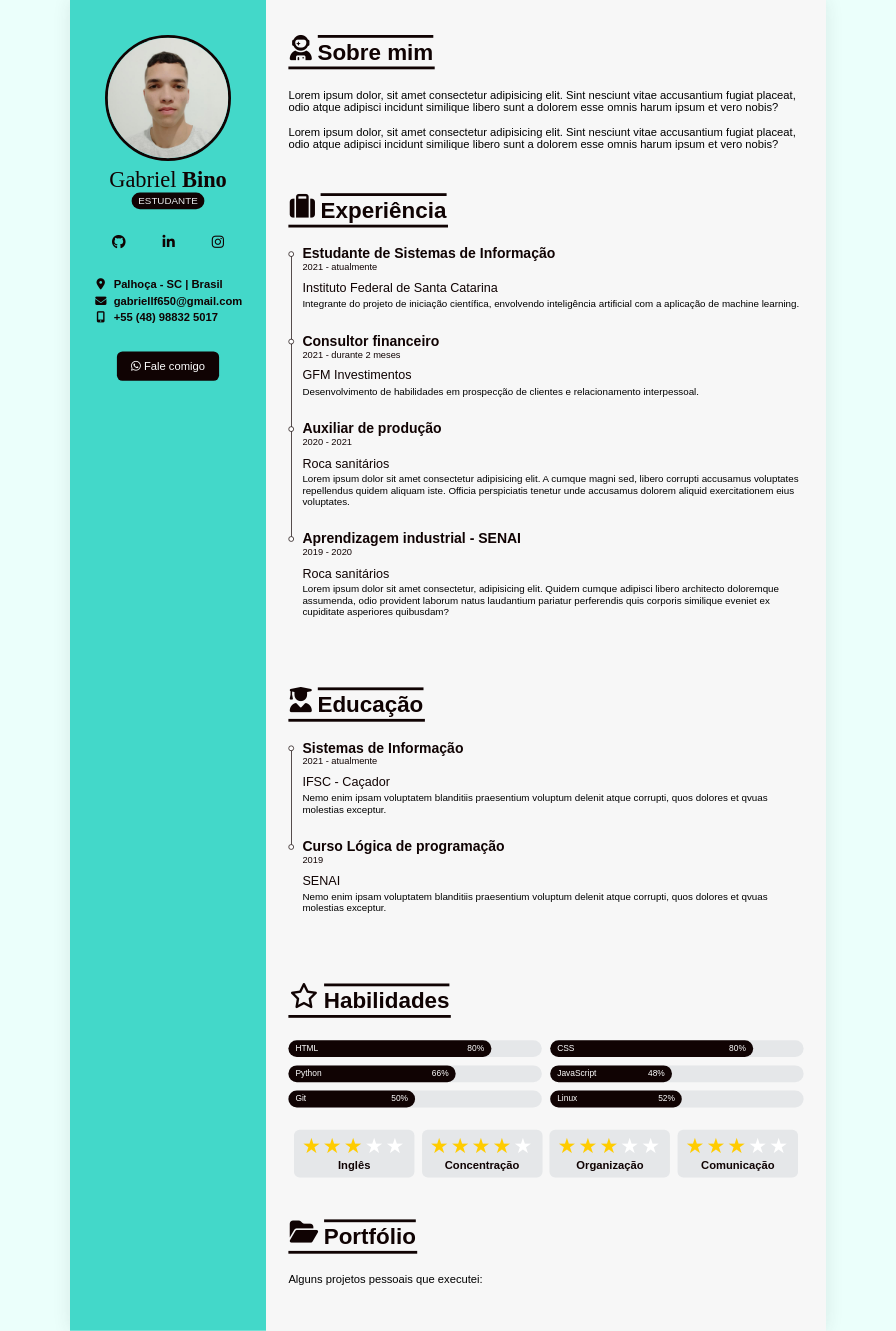
Repository: gabrielbino/projects-dio
Page: curriculoResponsivo/index.html
An editor plug-in stored every save of this project. The page is shown before and after the next save, followed by the edit.
The browser window is 1280 px wide. The pictures show the whole page, at 70% of full size.
Some web libraries are served in a nearby version.

Above is the page before, as saved 2021-10-19 11:56:40.

### curriculoResponsivo/index.html
<!DOCTYPE html>
<html lang="pt-br">
  <head>
    <meta charset="UTF-8" />
    <link
      rel="stylesheet"
      href="https://cdnjs.cloudflare.com/ajax/libs/normalize/8.0.1/normalize.min.css"
      integrity="sha512-NhSC1YmyruXifcj/KFRWoC561YpHpc5Jtzgvbuzx5VozKpWvQ+4nXhPdFgmx8xqexRcpAglTj9sIBWINXa8x5w=="
      crossorigin="anonymous"
      referrerpolicy="no-referrer"
    />

    <script
      src="https://kit.fontawesome.com/e258bd240c.js"
      crossorigin="anonymous"
    ></script>

    <link rel="stylesheet" href="./css/style.css" />

    <link rel="shortcut icon" href="img/img.ico" />

    <title>CV do Gabriel</title>
  </head>
  <body>
    <main>
      <aside>
        <div class="sidebar">
          <img
            class="profile-picture"
            src="./img/option_profile.jpeg"
            alt="Gabriel Bino"
          />
          <h1 class="title-name"><span>Gabriel</span> Bino</h1>
          <h3 class="subtitle-role">Estudante</h3>
          <div class="social-links">
            <a href="https://github.com/gabrielbino" target="_blank">
              <i class="fab fa-github"></i>
            </a>
            <a
              href="https://www.linkedin.com/in/gabriel-fernandes-bino-456499195/"
              target="_blank"
            >
              <i class="fab fa-linkedin-in"></i>
            </a>
            <!-- <a href="https://twitter.com/theleoad" target="_blank">
              <i class="fab fa-twitter"></i>
            </a> -->
            <a href="https://www.instagram.com/gabrielfbino/" target="_blank">
              <i class="fab fa-instagram"></i>
            </a>
          </div>
          <ul class="personal-data">
            <li>
              <i class="fas fa-map-marker-alt"></i>
              <span>Palhoça - SC | Brasil</span>
            </li>
            <li>
              <i class="fas fa-envelope"></i>
              <a href="mailto:galbriellf650@gmail.com"
                >gabriellf650@gmail.com</a
              >
            </li>
            <li>
              <i class="fas fa-mobile-alt"></i>
              <a href="tel:+5548988325017">+55 (48) 98832 5017</a>
            </li>
          </ul>
          <a
            class="download-button"
            href="https://wa.me/+5548988325017"
            target="_blank"
          >
            <i class="fab fa-whatsapp"></i>
            <span>Fale comigo</span>
          </a>
        </div>
      </aside>
      <section>
        <article>
          <div class="article-title-wrapper">
            <i class="fas fa-user-astronaut"></i>
            <h2 class="article-title">Sobre mim</h2>
          </div>
          <p>
            Lorem ipsum dolor, sit amet consectetur adipisicing elit. Sint
            nesciunt vitae accusantium fugiat placeat, odio atque adipisci
            incidunt similique libero sunt a dolorem esse omnis harum ipsum et
            vero nobis?
          </p>
          <p>
            Lorem ipsum dolor, sit amet consectetur adipisicing elit. Sint
            nesciunt vitae accusantium fugiat placeat, odio atque adipisci
            incidunt similique libero sunt a dolorem esse omnis harum ipsum et
            vero nobis?
          </p>
        </article>
        <article>
          <div class="article-title-wrapper">
            <i class="fas fa-suitcase"></i>
            <h2 class="article-title">Experiência</h2>
          </div>
          <ul class="timeline">
            <li>
              <h4 class="timeline-title">
                Estudante de Sistemas de Informação
              </h4>
              <h5 class="timeline-time">2021 - atualmente</h5>
              <h6 class="timeline-place">
                Instituto Federal de Santa Catarina
              </h6>
              <p class="timeline-text">
                Integrante do projeto de iniciação científica, envolvendo
                inteligência artificial com a aplicação de machine learning.
              </p>
            </li>
            <li>
              <h4 class="timeline-title">Consultor financeiro</h4>
              <h5 class="timeline-time">2021 - durante 2 meses</h5>
              <h6 class="timeline-place">GFM Investimentos</h6>
              <p class="timeline-text">
                Desenvolvimento de habilidades em prospecção de clientes e
                relacionamento interpessoal.
              </p>
            </li>
            <li>
              <h4 class="timeline-title">Auxiliar de produção</h4>
              <h5 class="timeline-time">2020 - 2021</h5>
              <h6 class="timeline-place">Roca sanitários</h6>
              <p class="timeline-text">
                Lorem ipsum dolor sit amet consectetur adipisicing elit. A
                cumque magni sed, libero corrupti accusamus voluptates
                repellendus quidem aliquam iste. Officia perspiciatis tenetur
                unde accusamus dolorem aliquid exercitationem eius voluptates.
              </p>
            </li>
            <li>
              <h4 class="timeline-title">Aprendizagem industrial - SENAI</h4>
              <h5 class="timeline-time">2019 - 2020</h5>
              <h6 class="timeline-place">Roca sanitários</h6>
              <p class="timeline-text">
                Lorem ipsum dolor sit amet consectetur, adipisicing elit. Quidem
                cumque adipisci libero architecto doloremque assumenda, odio
                provident laborum natus laudantium pariatur perferendis quis
                corporis similique eveniet ex cupiditate asperiores quibusdam?
              </p>
            </li>
          </ul>
        </article>
        <article>
          <div class="article-title-wrapper">
            <i class="fas fa-user-graduate"></i>
            <h2 class="article-title">Educação</h2>
          </div>
          <ul class="timeline">
            <li>
              <h4 class="timeline-title">Sistemas de Informação</h4>
              <h5 class="timeline-time">2021 - atualmente</h5>
              <h6 class="timeline-place">IFSC - Caçador</h6>
              <p class="timeline-text">
                Nemo enim ipsam voluptatem blanditiis praesentium voluptum
                delenit atque corrupti, quos dolores et qvuas molestias
                exceptur.
              </p>
            </li>
            <li>
              <h4 class="timeline-title">Curso Lógica de programação</h4>
              <h5 class="timeline-time">2019</h5>
              <h6 class="timeline-place">SENAI</h6>
              <p class="timeline-text">
                Nemo enim ipsam voluptatem blanditiis praesentium voluptum
                delenit atque corrupti, quos dolores et qvuas molestias
                exceptur.
              </p>
            </li>
          </ul>
        </article>
        <article>
          <div class="article-title-wrapper">
            <i class="far fa-star"></i>
            <h2 class="article-title">Habilidades</h2>
          </div>
          <div class="skills-container">
            <div class="progress">
              <div class="progress-bar" role="progressbar" style="width: 80%">
                <div class="progress-text">
                  <span>HTML</span>
                  <span>80%</span>
                </div>
              </div>
            </div>
            <div class="progress">
              <div class="progress-bar" role="progressbar" style="width: 80%">
                <div class="progress-text">
                  <span>CSS</span>
                  <span>80%</span>
                </div>
              </div>
            </div>
            <div class="progress">
              <div class="progress-bar" role="progressbar" style="width: 66%">
                <div class="progress-text">
                  <span>Python</span>
                  <span>66%</span>
                </div>
              </div>
            </div>
            <div class="progress">
              <div class="progress-bar" role="progressbar" style="width: 48%">
                <div class="progress-text">
                  <span>JavaScript</span>
                  <span>48%</span>
                </div>
              </div>
            </div>
            <div class="progress">
              <div class="progress-bar" role="progressbar" style="width: 50%">
                <div class="progress-text">
                  <span>Git</span>
                  <span>50%</span>
                </div>
              </div>
            </div>
            <div class="progress">
              <div class="progress-bar" role="progressbar" style="width: 52%">
                <div class="progress-text">
                  <span>Linux</span>
                  <span>52%</span>
                </div>
              </div>
            </div>
          </div>
          <div class="soft-skills">
            <div class="soft-skill">
              <div class="soft-skill-rating" style="--rating: 3"></div>
              <h4 class="soft-skill-label">Inglês</h4>
            </div>
            <div class="soft-skill">
              <div class="soft-skill-rating" style="--rating: 4"></div>
              <h4 class="soft-skill-label">Concentração</h4>
            </div>
            <div class="soft-skill">
              <div class="soft-skill-rating" style="--rating: 3"></div>
              <h4 class="soft-skill-label">Organização</h4>
            </div>
            <div class="soft-skill">
              <div class="soft-skill-rating" style="--rating: 3"></div>
              <h4 class="soft-skill-label">Comunicação</h4>
            </div>
          </div>
        </article>
        <article>
          <div class="article-title-wrapper">
            <i class="fas fa-folder-open"></i>
            <h2 class="article-title">Portfólio</h2>
          </div>
          <p>Alguns projetos pessoais que executei:</p>
          <div class="portfolio">
            <a href="#" class="portfolio-item">
              <div></div>
            </a>
            <a href="#" class="portfolio-item">
              <div></div>
            </a>
            <a href="#" class="portfolio-item">
              <div></div>
            </a>
            <a href="#" class="portfolio-item">
              <div></div>
            </a>
          </div>
        </article>
      </section>
    </main>
  </body>
</html>

### curriculoResponsivo/css/style.css
@import url("https://fonts.googleapis.com/css2?family=Poppins&display=swap");

* {
  box-sizing: border-box;
}

img {
  max-width: 100%;
}

body {
  background-color: #ebfffb;
  color: black;
  font-family: "Fira Sans", sans-serif;
}

main {
  background-color: #ebfffb;
  box-shadow: 0 0 1.5rem rgba(53, 53, 53, 0.1);
  display: flex;
  margin: 0 auto;
  max-width: 1080px;
  min-height: 100vh;
  width: 100%;
}

aside {
  background-color: #43d8c9;
  padding: 50px 0 16px;
  width: 280px;
}

.sidebar {
  align-items: center;
  display: flex;
  flex-direction: column;
  position: sticky;
  top: 16px;
  width: 100%;
}

.profile-picture {
  border-radius: 50%;
  border: solid 4px #100303;
  width: 180px;
}

.title-name {
  color: #100303;
  font-family: "Merriweather", serif;
  font-weight: 700;
  margin: 8px 0 0;
}

.title-name span {
  font-weight: 400;
}

.subtitle-role {
  background: #100303;
  border-radius: 12px;
  color: #e9ebec;
  font-size: 14px;
  font-weight: 400;
  margin: 0;
  padding: 4px 10px;
  text-transform: uppercase;
}

.social-links {
  display: flex;
  font-size: 20px;
  justify-content: space-between;
  margin: 36px 0;
  width: 160px;
}

.social-links a {
  color: #100303;
}

.social-links a:hover {
  color: #8fa0ac;
}

.personal-data {
  list-style-type: none;
  margin: 0;
  padding: 0;
}

.personal-data li {
  color: #100303;
  font-weight: 600;
  line-height: 1.5;
}

.personal-data li a {
  color: inherit;
  text-decoration: none;
}

.personal-data i {
  margin-right: 4px;
  text-align: center;
  width: 20px;
}

.download-button {
  background: #100303;
  border-radius: 8px;
  color: white;
  display: block;
  margin: 36px 0;
  padding: 12px 20px;
  text-decoration: none;
}

section {
  background-color: #f7f7f7;
  padding: 50px 32px 0;
  width: calc(100% - 280px);
}

article:not(:last-of-type) {
  margin-bottom: 60px;
}

.article-title-wrapper {
  align-items: center;
  border-bottom: 4px solid;
  color: #100303;
  display: inline-flex;
  margin-bottom: 12px;
  padding: 0 2px;
}
.article-title-wrapper i {
  font-size: 36px;
  margin: -8px 8px 0 0;
}

.article-title {
  border-top: 4px solid;
  color: #100303;
  font-size: 32px;
  font-weight: 800;
  margin: 0 0 2px;
  padding-top: 2px;
}

.timeline {
  list-style: none;
  margin: 20px 0;
  padding: 0;
}

.timeline li {
  margin: 0;
  padding: 2px 0 40px 20px;
  position: relative;
}

.timeline li::after {
  background-color: #fff;
  border-radius: 50%;
  border: 1px solid #100303;
  box-sizing: border-box;
  content: "";
  display: inline-block;
  height: 8px;
  left: 0;
  position: absolute;
  top: 2px;
  width: 8px;
}

.timeline li:not(:last-of-type)::before {
  background-color: #100303;
  content: "";
  height: 100%;
  left: 3.5px;
  position: absolute;
  top: calc(0.5em - 4px);
  width: 1px;
}

.timeline-title {
  color: #100303;
  font-size: 20px;
  margin: -8px 0 0;
}

.timeline-time {
  color: #100303;
  font-weight: 400;
  margin: 0;
}

.timeline-place {
  color: #100303;
  font-size: 18px;
  font-weight: 500;
  margin: 12px 0 4px;
}

.timeline-text {
  font-size: 14px;
  margin: 0;
}

.skills-container {
  display: flex;
  flex-wrap: wrap;
  justify-content: space-between;
  margin: 20px 0;
}

.progress {
  background-color: rgba(68, 86, 108, 0.1);
  border-radius: 20px;
  display: flex;
  font-size: 0.75rem;
  height: 1.5rem;
  margin-bottom: 12px;
  width: calc(50% - 6px);
}

.progress-bar {
  align-items: center;
  background-color: #100303;
  border-radius: 20px;
  color: #fff;
  display: flex;
  padding: 0 10px;
}

.progress-text {
  display: flex;
  justify-content: space-between;
  width: 100%;
}

.soft-skills {
  display: flex;
  justify-content: space-between;
  padding: 0 8px;
}

.soft-skill {
  background-color: rgba(68, 86, 108, 0.1);
  border-radius: 8px;
  padding: 8px;
  text-align: center;
  width: calc(25% - 8px);
}

.soft-skill-rating {
  --percent: calc(var(--rating) / 5 * 100%);
  display: inline-block;
  font-family: Times;
  font-size: 30px;
  line-height: 1;
}

.soft-skill-rating::before {
  background-clip: text;
  background: linear-gradient(90deg, #fc0 var(--percent), #fff var(--percent));
  content: "★★★★★";
  letter-spacing: 3px;
  -webkit-background-clip: text;
  -webkit-text-fill-color: transparent;
}

.soft-skill-label {
  color: #100303;
  margin: 4px 0 0;
}

.portfolio {
  display: flex;
  flex-wrap: wrap;
  justify-content: space-between;
}

.portfolio-item {
  margin-bottom: 24px;
  text-decoration: none;
  width: calc(50% - 12px);
}

/* .portfolio-item div {
  margin: 0;
}

.portfolio-item figcaption {
  color: #3c6e71;
  font-weight: 800;
  text-align: center;
} */

@media (max-width: 1024px) {
  .soft-skills {
    flex-wrap: wrap;
  }

  .soft-skill {
    margin: 4px;
    width: calc(50% - 8px);
  }
}

@media (max-width: 768px) {
  main {
    display: block;
  }

  aside,
  section {
    width: 100%;
  }

  section {
    padding: 32px 16px 0;
  }

  .article-title-wrapper {
    display: flex;
    padding: 0;
  }

  .progress,
  .soft-skill,
  .portfolio-item,
  .article-title {
    width: 100%;
  }

  .portfolio-item figure {
    text-align: center;
  }
}

After the next save:
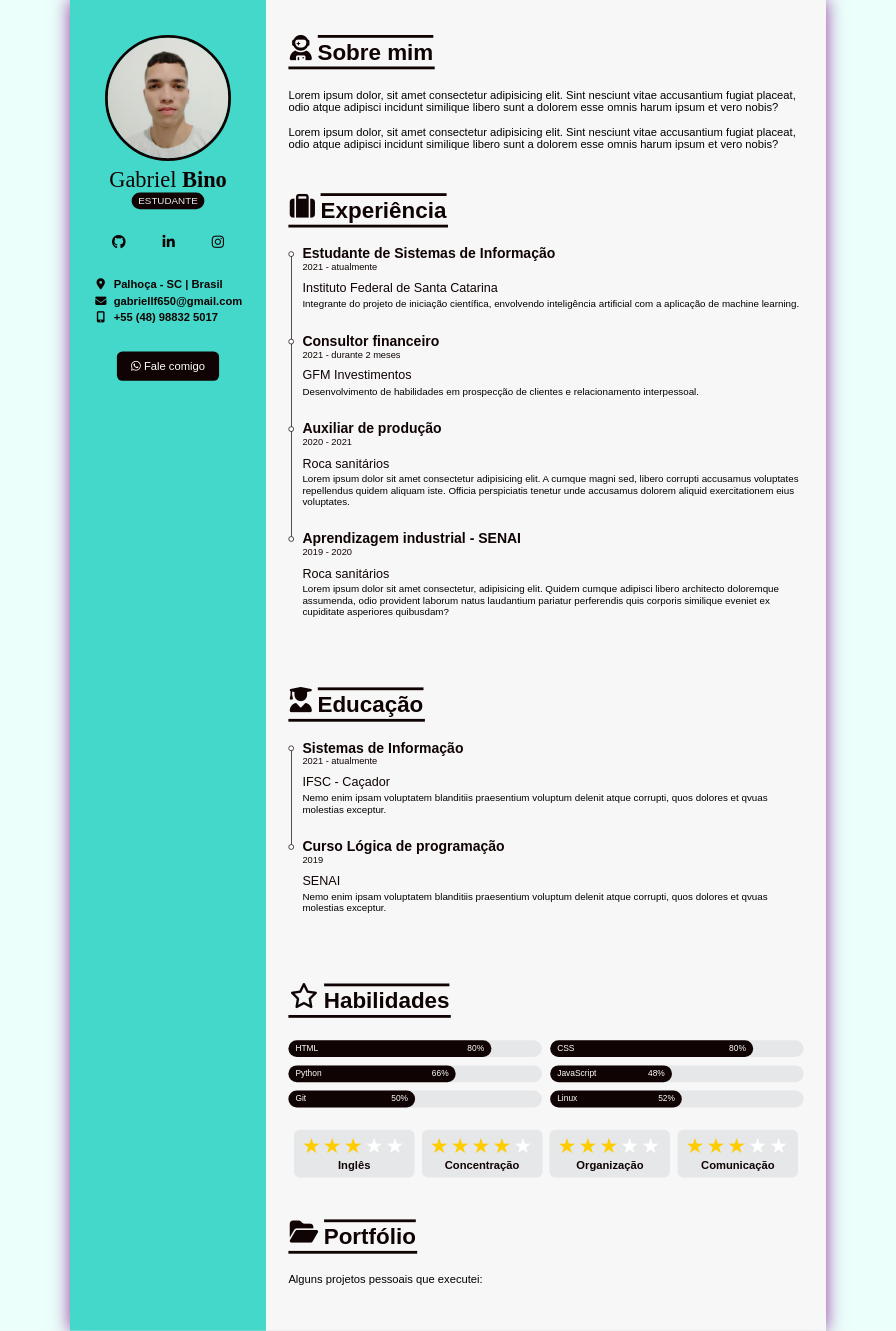
Saved 38 s later.
--- a/curriculoResponsivo/css/style.css
+++ b/curriculoResponsivo/css/style.css
@@ -16,7 +16,7 @@
 
 main {
   background-color: #ebfffb;
-  box-shadow: 0 0 1.5rem rgba(53, 53, 53, 0.1);
+  box-shadow: 0 0 1.5rem #95389e;
   display: flex;
   margin: 0 auto;
   max-width: 1080px;

After the save that followed:
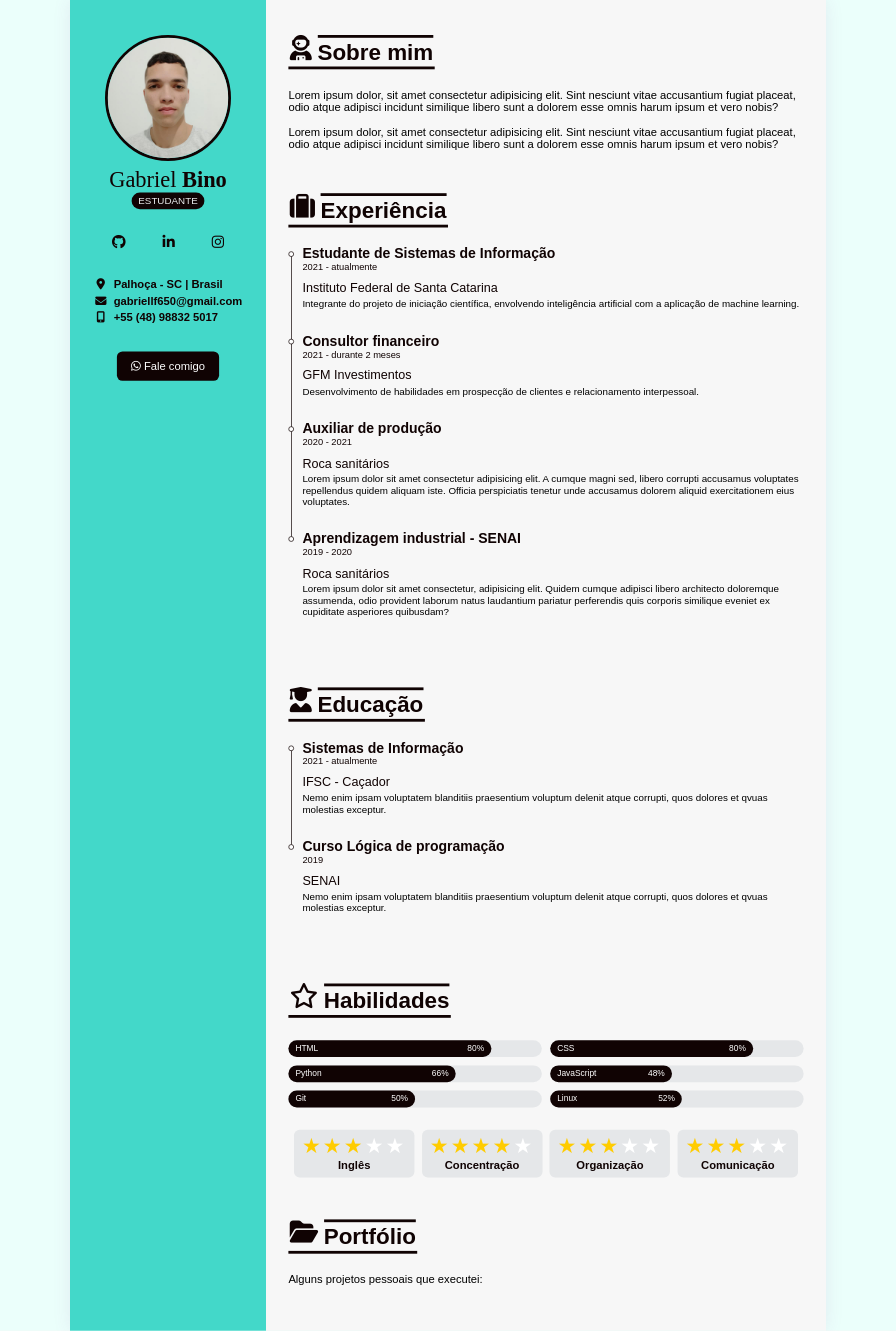
Saved 2 min 40 s later.
--- a/curriculoResponsivo/css/style.css
+++ b/curriculoResponsivo/css/style.css
@@ -16,7 +16,7 @@
 
 main {
   background-color: #ebfffb;
-  box-shadow: 0 0 1.5rem #95389e;
+  box-shadow: 0 0 1.5rem rgba(149, 56, 158, 0.1);
   display: flex;
   margin: 0 auto;
   max-width: 1080px;
